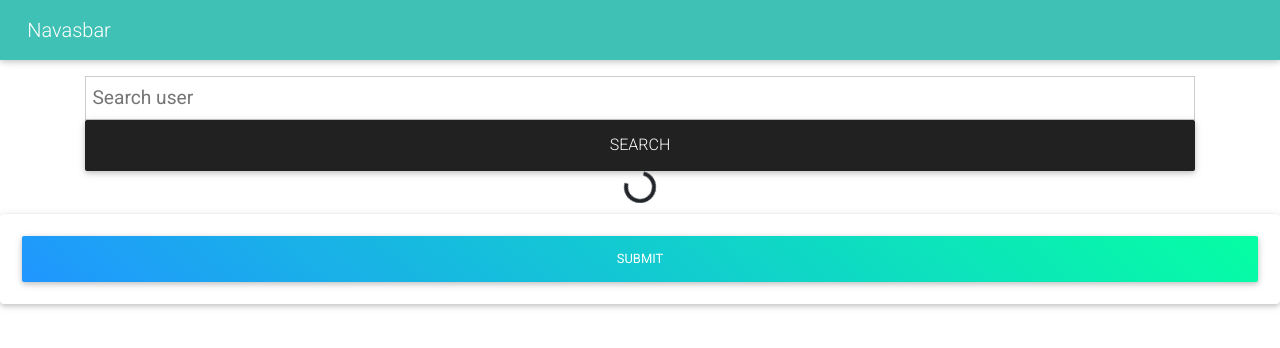
Repository: engida32/myapp
Page: /
An editor plug-in stored every save of this project. The page is shown before and after the next save, followed by the edit.
The browser window is 1280 px wide. The pictures show the whole page.
Some web libraries are served in a nearby version. The project was rebuilt for these pictures with package versions that can differ from the ones it lists, and the page was loaded fresh each time. Also part of the build but not shown: src/component/users/UserItem.js.

Above is the page before, as saved 2019-12-05 22:15:11.

### public/index.html
<!DOCTYPE html>
<html lang="en">
  <head>
    <meta charset="utf-8" />
    <link rel="icon" href="%PUBLIC_URL%/favicon.ico" />
    <meta name="viewport" content="width=device-width, initial-scale=1" />
    <meta name="theme-color" content="#000000" />
    <meta
      name="description"
      content="Web site created using create-react-app"
    />
    <link rel="apple-touch-icon" href="logo192.png" />
    <!--
      manifest.json provides metadata used when your web app is installed on a
      user's mobile device or desktop. See https://developers.google.com/web/fundamentals/web-app-manifest/
    -->
    <link rel="manifest" href="%PUBLIC_URL%/manifest.json" />
    <!--
      Notice the use of %PUBLIC_URL% in the tags above.
      It will be replaced with the URL of the `public` folder during the build.
      Only files inside the `public` folder can be referenced from the HTML.

      Unlike "/favicon.ico" or "favicon.ico", "%PUBLIC_URL%/favicon.ico" will
      work correctly both with client-side routing and a non-root public URL.
      Learn how to configure a non-root public URL by running `npm run build`.
    -->
    <link rel="stylesheet" href="https://cdnjs.cloudflare.com/ajax/libs/font-awesome/5.8.2/css/all.css">
    <title>React App</title>
  </head>
  <body>
    <noscript>You need to enable JavaScript to run this app.</noscript>
    <div id="root"></div>
    <!--
      This HTML file is a template.
      If you open it directly in the browser, you will see an empty page.

      You can add webfonts, meta tags, or analytics to this file.
      The build step will place the bundled scripts into the <body> tag.

      To begin the development, run `npm start` or `yarn start`.
      To create a production bundle, use `npm run build` or `yarn build`.
    -->
  </body>
</html>

### src/App.js
import React from "react";
import "./App.css";
// import Navbar from "./component/navbar";
import User from "./component/users/Users";
import Mdb from "./mdv/ButtonPage";
import axios from "axios";
import Navbar1 from "./component/Navbar1";
import Search from "./component/users/search";

class App extends React.Component {
  state = {
    users: [],
    loading: false
  };

  async componentDidMount() {
    this.setState({ loading: true });

  //   const res = await axios.get("https://api.github.com/users");
  //   this.setState({ users: res.data, loading: false });
  //
 }
  searchUsers = async text => {

    const res = await axios.get("https://api.github.com/search/users?q=${text}");
    this.setState({ users: res.data.items, loading: false });

};

render() {
  return (
    <div className="App">
      <div>
        <Navbar1 title="github finder" icon="fab fa-github" />
      </div>
      <div className="container">
        <Search searchUsers={this.searchUsers} />
        <User loading={this.state.loading} users={this.state.users} />
      </div>
      <div className="card">
        <Mdb />
      </div>
    </div>
  );
}
}

export default App;

### src/component/users/Users.js
import React from "react";
import UserItem from "./UserItem";
import SpinnerPage from "./SpinnerPage";

const Users = ({ users, loading }) => {
  if (loading) {

    return <SpinnerPage />
  }
  else {
    return (
      <div style={userStyle}>
        {users.map(user => (
          <div>
            <UserItem key={user.id} user={user} />
          </div>
        ))}
      </div>
    );

  }



}
const userStyle = {
  display: 'grid',
  gridTemplateColumns: 'repeat(3,1fr',
  gridGap: '1rem'
}

export default Users;

### src/mdv/ButtonPage.js

import React, { Fragment } from "react";
import { MDBBtn  } from "mdbreact";

const ButtonPage = () => {
  return (
    <Fragment>
      <MDBBtn gradient="aqua">submit</MDBBtn>

    </Fragment>
  );
}

export default ButtonPage;

### src/component/Navbar1.js
import React, { Component } from 'react'

export class Navbar1 extends Component {
    render() {
        return (
            <div>

                <nav className="navbar navbar-dark default-color justify-content-between">
                <a className="navbar-brand" href="#">Navasbar</a>


              </nav>
            </div>
        )
    }
}

export default Navbar1

### src/component/users/search.js
import React, { Component } from 'react'

export class Search extends Component {
    state={
        text:''
    };

    onSubmit(e){
        e.preventDefault();
        this.props.searchUsers(this.state.text);
        this.setState({text:''})
    }

    onChange= e  =>this.setState({ [e.target.name]: e.target.value});

    render() {
        return (
            <div>
                <form onSubmit={this.onSubmit.bind(this)} className='form'>
                    <input  type='text'
                     name='text'
                     value={this.state.text}
                    onChange={this.onChange}
                    placeholder='Search user'/>
                    <input  type='submit' value='search' className='btn btn-dark btn-block'/>

                </form>
            </div>
        )
    }
}

export default Search

### src/component/users/SpinnerPage.js
import React from "react";

const SpinnerPage = () => {
  return (

<div className="d-flex justify-content-center">
  <div className="spinner-border" role="status">
    <span className="sr-only">Loading...</span>
  </div>
</div>
  );
}

export default SpinnerPage;

Loaded but not shown: src/index.js (common file); src/App.css (common file)

After the next save:
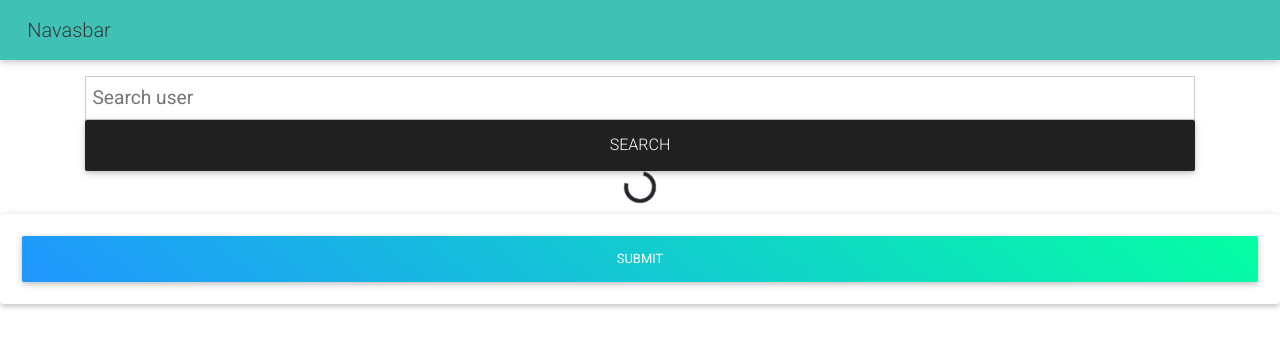
Saved 34 s later.
--- a/src/component/Navbar1.js
+++ b/src/component/Navbar1.js
@@ -6,7 +6,7 @@
             <div>
 
                 <nav className="navbar navbar-dark default-color justify-content-between">
-                <a className="navbar-brand" href="#">Navasbar</a>
+                <a className="navbar-brand" >Navasbar</a>
 
 
               </nav>

After the 2 saves that followed:
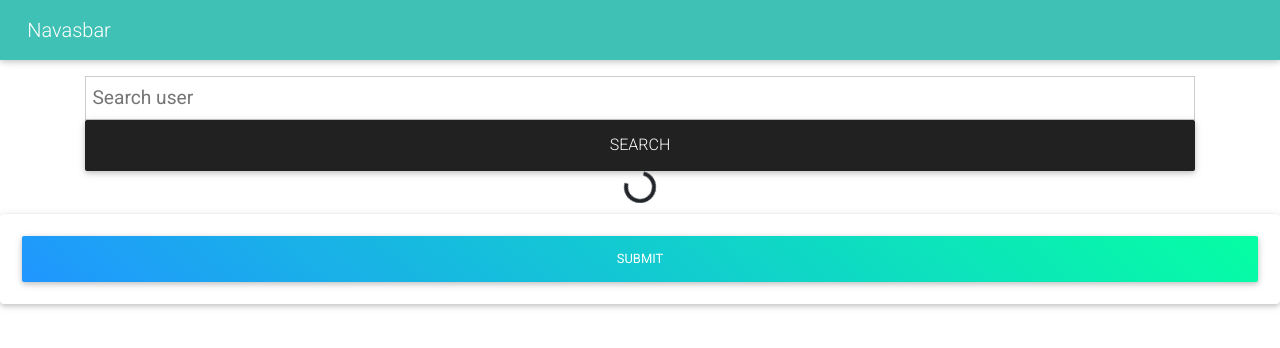
The 2 saves are shown as one change because 1 left the picture as it was.
The last was saved 56 s later.
--- a/src/App.js
+++ b/src/App.js
@@ -21,7 +21,6 @@ class App extends React.Component {
   //
  }
   searchUsers = async text => {
-
     const res = await axios.get("https://api.github.com/search/users?q=${text}");
     this.setState({ users: res.data.items, loading: false });
 
--- a/src/component/Navbar1.js
+++ b/src/component/Navbar1.js
@@ -6,7 +6,7 @@
             <div>
 
                 <nav className="navbar navbar-dark default-color justify-content-between">
-                <a className="navbar-brand" >Navasbar</a>
+                <a className="navbar-brand" href="#">Navasbar</a>
 
 
               </nav>
